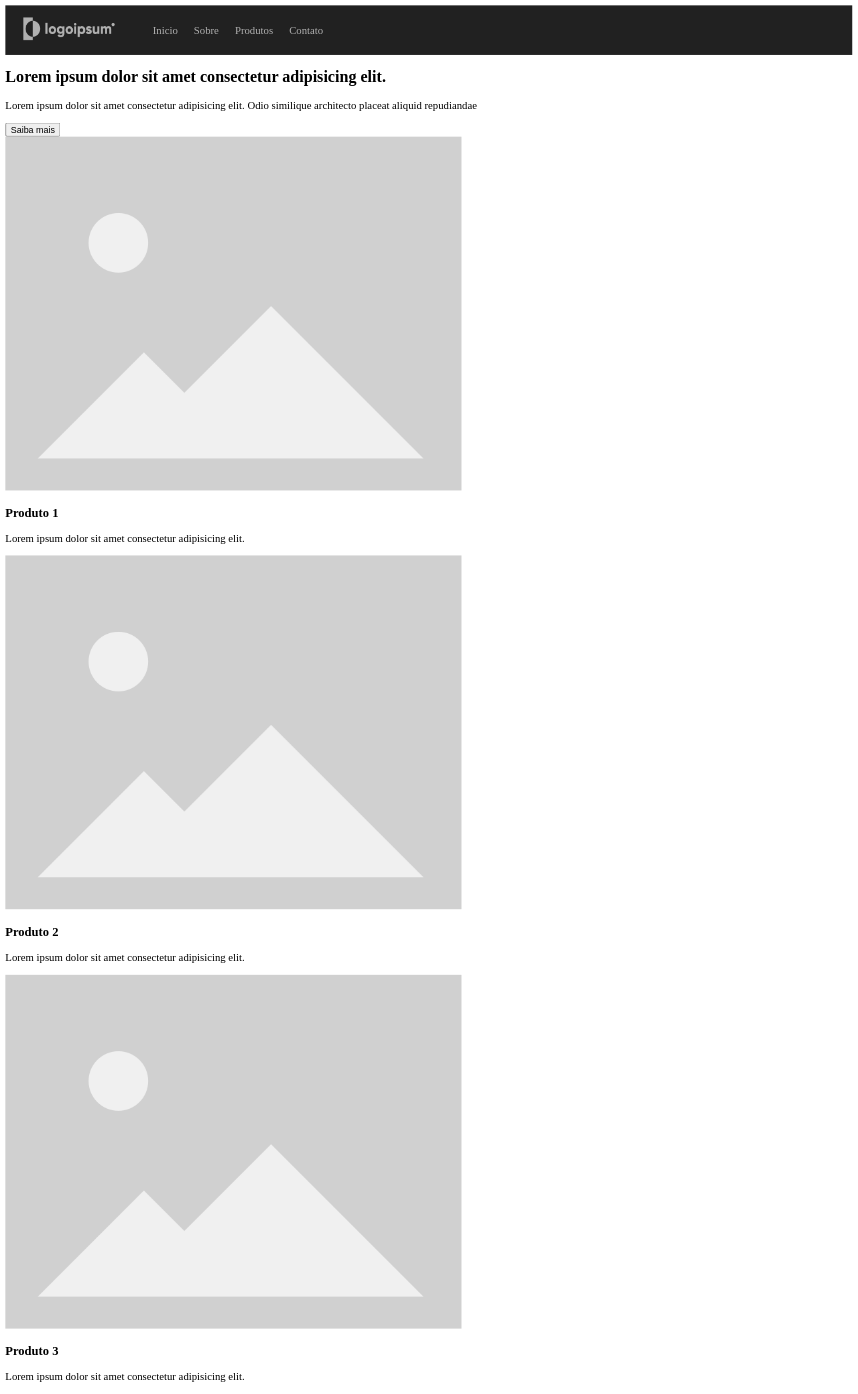
Repository: Carolden/SiteCrie_Ti
Page: index.html
These files come from the project's save history. The page is drawn as it stood at one moment and after the next save; the edit follows.
The browser window is 1280 px wide. The pictures show the whole page, at 67% of full size.

Above is the page before, as saved 2023-04-20 22:22:41.

After the next save:
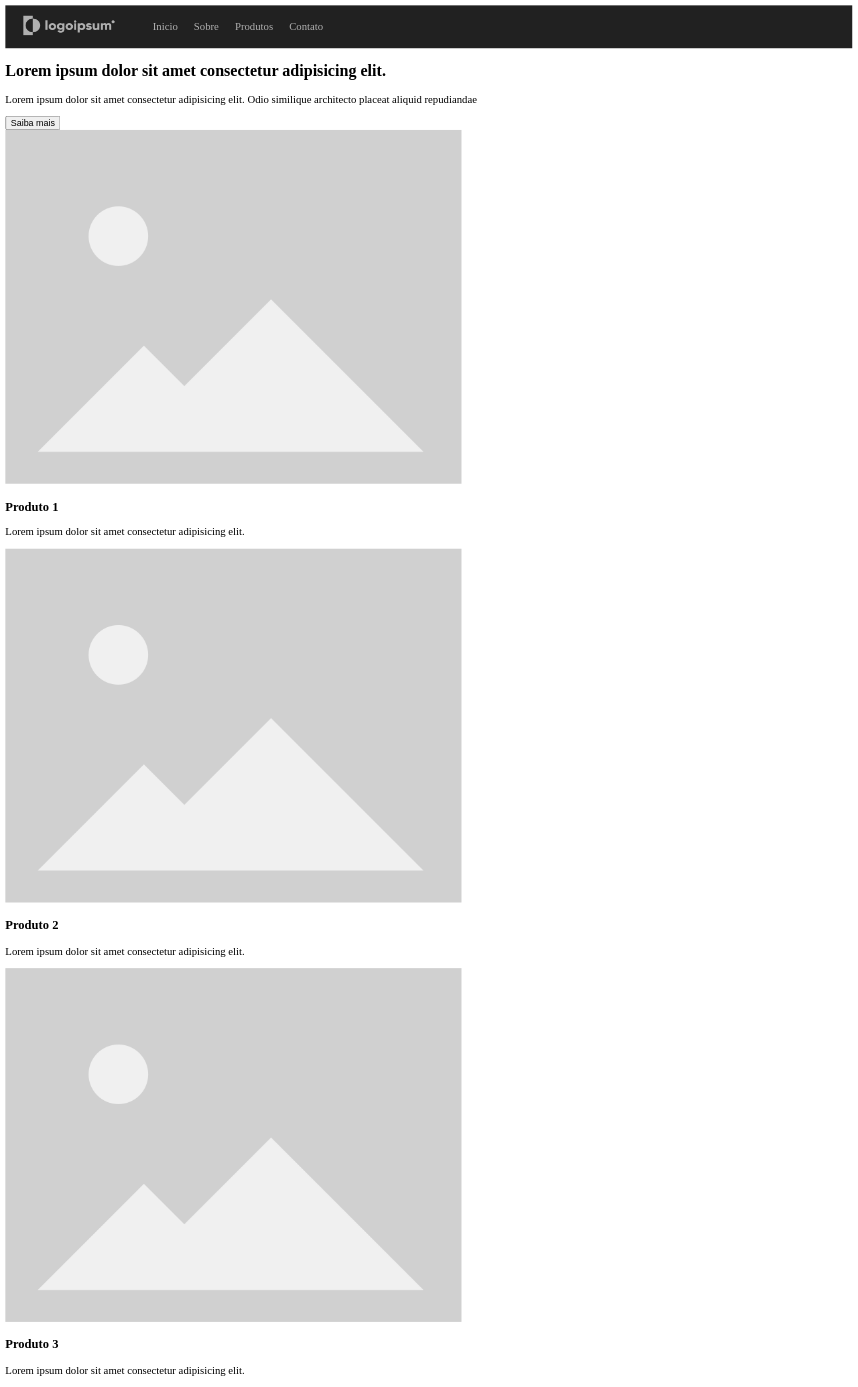
Saved 2 days later.
--- a/index.css
+++ b/index.css
@@ -18,6 +18,6 @@ header nav a {
 
 .logo {
     width: 150px;
-    height: 70px;
+    height: 60px;
     padding-right: 40px;
 }
